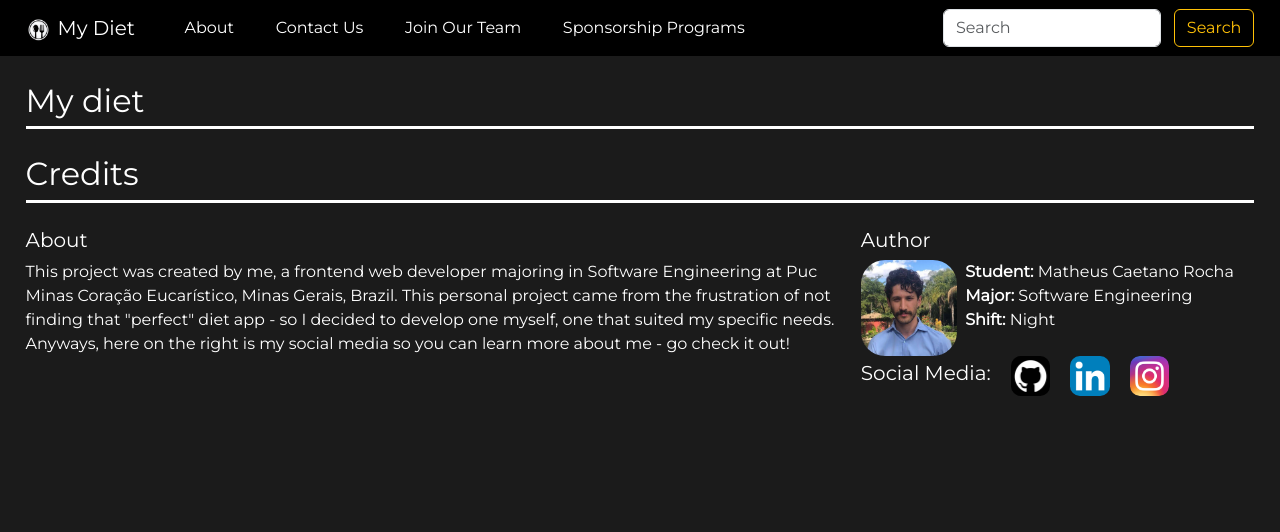
Repository: matheusrocha-mus/diet-app
Page: index.html
An editor plug-in stored every save of this project. The page is shown before and after the next save, followed by the edit.
The browser window is 1280 px wide. The pictures show the whole page.

Above is the page before, as saved 2023-10-15 22:14:32.

### index.html
<!DOCTYPE html>
<html lang="pt-br">

    <head>
        <meta charset="UTF-8">
        <meta name="viewport" content="width=device-width, initial-scale=1.0">
        <meta name="description" content="Personal Diet">
        <meta name="author" content="Matheus Caetano Rocha">
        <link rel="stylesheet" href="https://fonts.googleapis.com/css?family=Montserrat">
        <link rel="icon" type="image/x-icon" href="assets/img/food-icon.png">
        <link href="https://cdn.jsdelivr.net/npm/bootstrap@5.3.2/dist/css/bootstrap.min.css" rel="stylesheet" integrity="sha384-T3c6CoIi6uLrA9TneNEoa7RxnatzjcDSCmG1MXxSR1GAsXEV/Dwwykc2MPK8M2HN" crossorigin="anonymous">
        <script src="https://cdn.jsdelivr.net/npm/bootstrap@5.3.2/dist/js/bootstrap.bundle.min.js" integrity="sha384-C6RzsynM9kWDrMNeT87bh95OGNyZPhcTNXj1NW7RuBCsyN/o0jlpcV8Qyq46cDfL" crossorigin="anonymous"></script>
        <link rel="stylesheet" type="text/css" href="style.css">
        <title>My Diet</title>
    </head>

    <body>
        <nav class="navbar navbar-expand-lg">
            <div class="container-fluid">
                <a class="navbar-brand" style="color: white;" href="/index.html">
                    <img src="img/food-icon.png" alt="g-clef">My Diet
                </a>
                <button class="navbar-toggler" type="button" data-bs-toggle="collapse" data-bs-target="#navbarTogglerDemo02" aria-controls="navbarTogglerDemo02" aria-expanded="false" aria-label="Toggle navigation">
                    <span class="navbar-toggler-icon"></span>
                </button>
                <div class="collapse navbar-collapse" id="navbarTogglerDemo02">
                    <ul class="navbar-nav me-auto">
                        <li class="nav-item">
                            <a class="nav-link active" style="color: white;" aria-current="page" href="./assets/img/shrek.png" target="_blank">About</a>
                        </li>
                        <li class="nav-item">
                            <a class="nav-link active" style="color: white;" aria-current="page" href="./assets/img/shrek.png" target="_blank">Contact Us</a>
                        </li>
                        <li class="nav-item">
                            <a class="nav-link active" style="color: white;" aria-current="page" href="./assets/img/shrek.png" target="_blank">Join Our Team</a>
                        </li>
                        <li class="nav-item">
                            <a class="nav-link active" style="color: white;" aria-current="page" href="./assets/img/shrek.png" target="_blank">Sponsorship Programs</a>
                        </li>
                    </ul>
                    <form class="d-flex">
                        <input class="form-control" type="search" placeholder="Search" aria-label="Search">
                        <button class="btn btn-outline-warning" type="submit" style="margin: 0 2vw 0 1vw;">Search</button>
                    </form>
                </div>
            </div>
        </nav>

        <h2>My diet</h2>


        <h2>Credits</h2>
        <footer class="wrapper" style="padding-bottom: 2vw;">
            <div class="container-fluid">
                <div class="row">
                    <div id="about" class="col-sm-12 col-md-6 col-lg-8">
                        <h5>About</h5>
                        <p>This project was created by me, a frontend web developer majoring in Software Engineering at Puc Minas Coração Eucarístico, Minas Gerais, Brazil. This personal project came from the frustration of not finding that "perfect" diet app - so I decided to develop one myself, one that suited my specific needs. Anyways, here on the right is my social media so you can learn more about me - go check it out!</p>
                    </div>
                    <div class="col-sm-12 col-md-6 col-lg-4">
                        <h5>Author</h5>
                        <div class="container-fluid">
                            <div class="row">
                                <div class="col-3">
                                    <img src="img/author.jpg" id="author" alt="author">
                                </div>
                                <div class="col-9">
                                    <p>
                                        <strong>Student:</strong> Matheus Caetano Rocha<br>
                                        <strong>Major:</strong> Software Engineering<br>
                                        <strong>Shift:</strong> Night
                                    </p>
                                </div>
                            </div>
                        </div>
                        <h5 style="display: inline-block;">Social Media:</h5>
                        <a href="https://github.com/matheusrocha-mus" target="_blank"><img src="img/github-icon.png" class="social-media-icons" alt="github-icon"></a>
                        <a href="https://www.linkedin.com/in/matheus-caetanorocha" target="_blank"><img src="img/linkedin-icon.png" class="social-media-icons" alt="linkedin-icon"></a>
                        <a href="https://www.instagram.com/matheusrocha_mus" target="_blank"><img src="img/instagram-icon.png" class="social-media-icons" alt="instagram-icon"></a>
                    </div>
                </div>
            </div>
        </footer>
    </body>

### style.css
body {
    margin: 0;
    width: 100%;
    background-color: #1b1b1b;
    color: white;
    background-size: cover;
    background-repeat: no-repeat;
    background-position: center;
    font-family: "Montserrat", Arial;
}

button, li, a, .card, footer a > img { transition: 0.3s; }

button:hover, li:hover, a:hover, .card:hover, footer a > img:hover {
    transform: scale(1.1); color: #ffc107;
}

nav {
    background-color: black;
    color: white;
}

nav img {
    width: 2vw; margin-right: 0.5vw;
}

.navbar-brand, .nav-item { margin-left: 2vw }

h2 {
    margin: 2vw;
    padding-bottom: 0.5vw;
    border-bottom: solid white 0.25vw;
}

.container-fluid { padding: 0; }

.wrapper { margin: 0 2vw; }

#author {
    width: 6rem;
    height: 6rem;
    border-radius: 25%;
    overflow: hidden;
    object-fit: cover;
}

.social-media-icons {
    width: 10%;
    max-width: 3rem;
    margin-left: 1rem;
    border-radius: 25%;
}

After the next save:
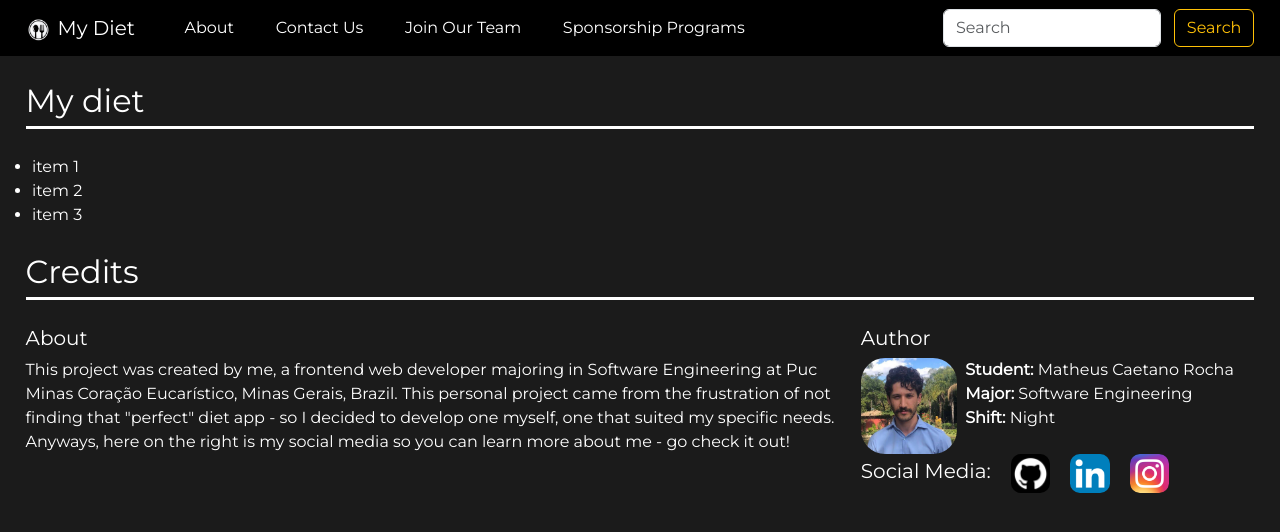
Saved 27 min 59 s later.
--- a/index.html
+++ b/index.html
@@ -47,7 +47,11 @@
         </nav>
 
         <h2>My diet</h2>
-
+        <ul id="items">
+            <li>item 1</li>
+            <li>item 2</li>
+            <li>item 3</li>
+        </ul>
 
         <h2>Credits</h2>
         <footer class="wrapper" style="padding-bottom: 2vw;">
